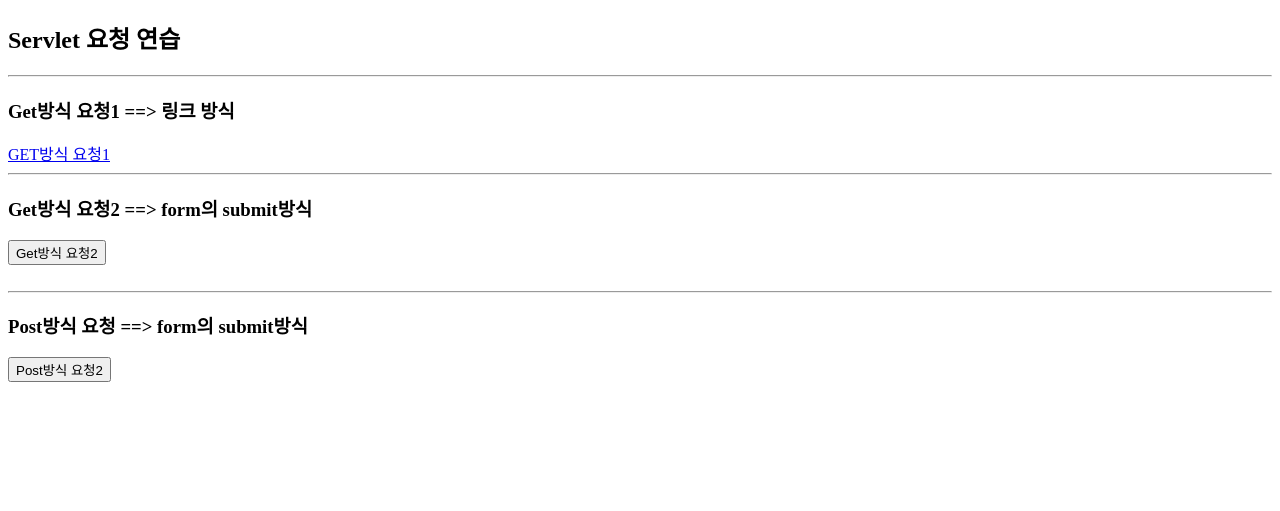
Repository: kdh4357065/3_highjava
Page: WorkSpace/webTest/src/main/webapp/basic/01/doBasicServlet.html
An editor plug-in stored every save of this project. The page is shown before and after the next save, followed by the edit.
The browser window is 1280 px wide. The pictures show the whole page.

Above is the page before, as saved 2023-03-27 03:46:17.

After the next save:
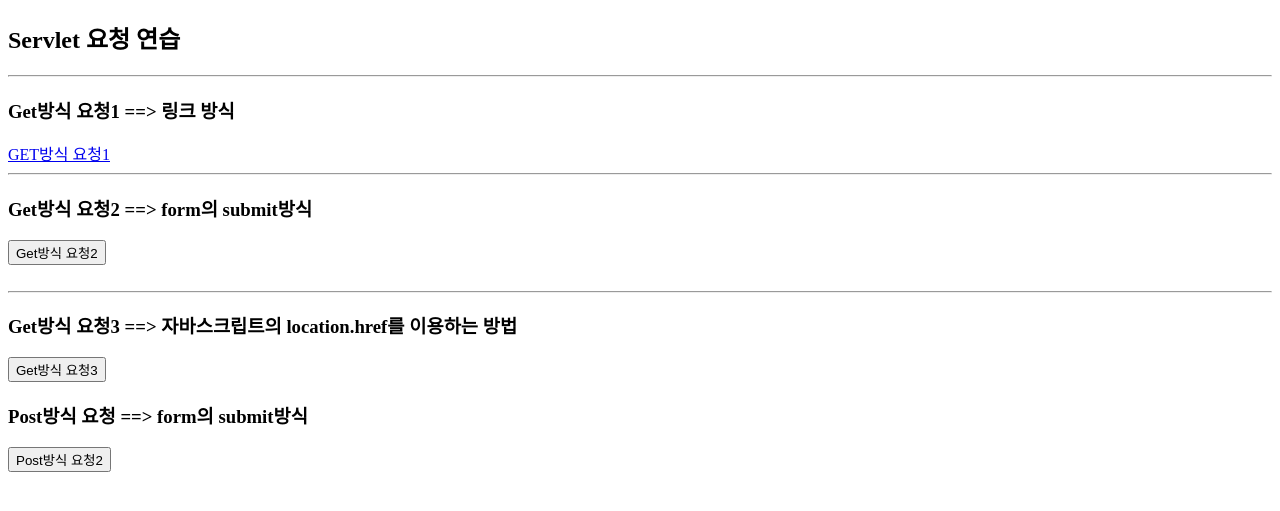
Saved 2 min 3 s later.
--- a/WorkSpace/webTest/src/main/webapp/basic/01/doBasicServlet.html
+++ b/WorkSpace/webTest/src/main/webapp/basic/01/doBasicServlet.html
@@ -3,6 +3,11 @@
 <head>
 <meta charset="UTF-8">
 <title>Insert title here</title>
+<script type="text/javascript">
+function test(){
+	location.href = "http://localhost/webTest/servletTest03.do";
+}
+</script>
 </head>
 <body>
 <h2>Servlet 요청 연습</h2>
@@ -21,6 +26,11 @@
 </form>
 <br><hr>
 
+<h3>Get방식 요청3 ==> 자바스크립트의 location.href를 이용하는 방법</h3>
+<form>
+	<input type="button" onclick="test()" value="Get방식 요청3">
+</form>
+
 <h3>Post방식 요청 ==> form의 submit방식</h3>
 <!--
 	<form태그의 method속성값을 'POST'로 지정한 경우
